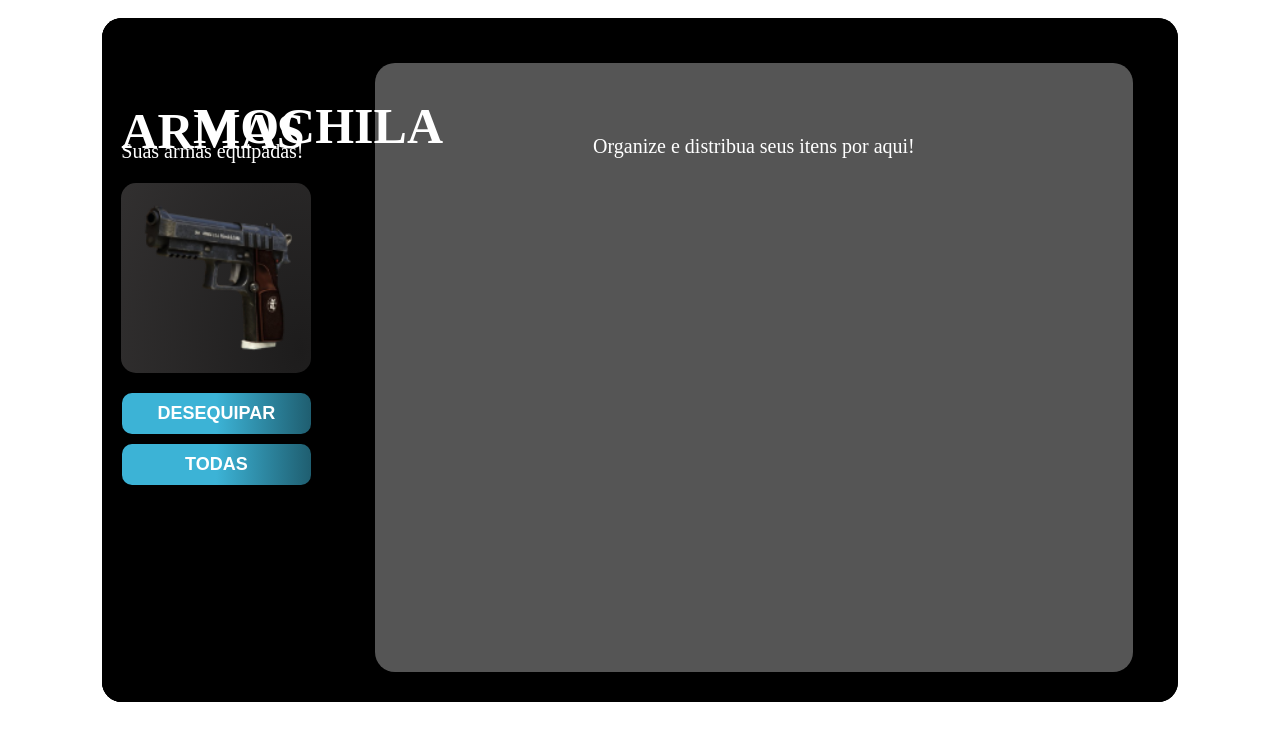
Repository: DuMCorrea/Mochila
Page: index.html
The author's editor kept a copy of each file at every save. The page is drawn from the files as they stood at one save, then again after the next save.
The browser window is 1280 px wide. The pictures show the whole page.
Some web fonts or font styles are not loaded; a fallback is used.

Above is the page before, as saved 2024-09-02 22:24:26.

After the next save:
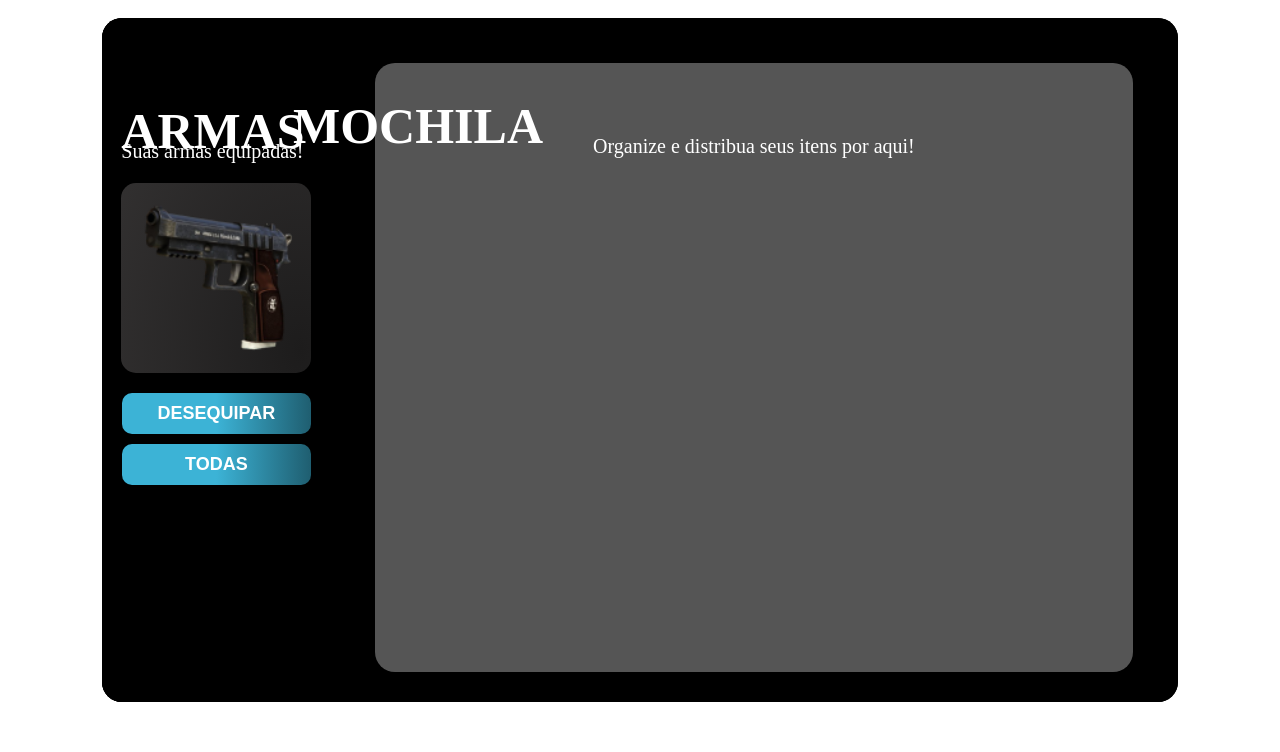
Saved 2 s later.
--- a/styles.css
+++ b/styles.css
@@ -149,7 +149,7 @@ body, html {
     width: 100%; /* Para garantir que a justificação funcione */
     text-align: left; /* Alinha o texto à esquerda */
     position: relative; /* Posicionamento relativo para o elemento abaixo */
-    right: 400px;
+    right: 300px;
 }
 
 .right-div p {
